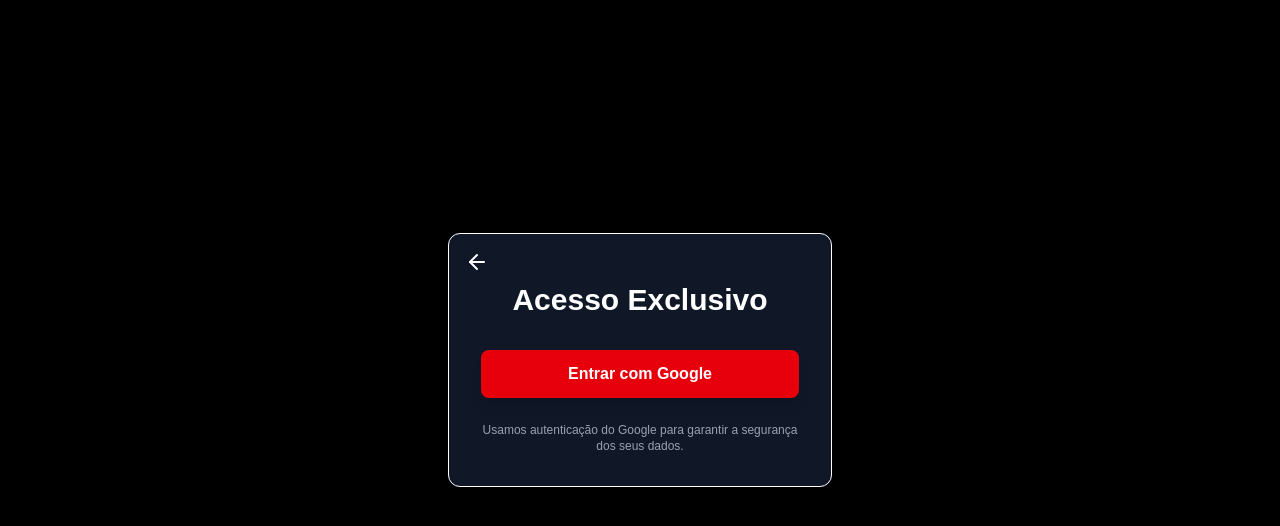
Repository: NunesJulia/faladireito-ai
Page: /login
These files come from the project's save history. The page is drawn as it stood at one moment and after the next save; the edit follows.
The browser window is 1280 px wide. The pictures show the whole page.
The project was rebuilt for these pictures with package versions that can differ from the ones it lists, and the page was loaded fresh each time. The framework's server and built-in components were replaced by stand-ins that run in the browser. Also part of the build but not shown: next.config.ts.

Above is the page before, as saved 2025-12-08 19:24:03.

### app/layout.tsx
// app/layout.tsx
import type { Metadata } from "next";
import { Geist, Geist_Mono } from "next/font/google";
import "./globals.css";
import { Providers } from "./providers";

const geistSans = Geist({
  variable: "--font-geist-sans",
  subsets: ["latin"],
});

const geistMono = Geist_Mono({
  variable: "--font-geist-mono",
  subsets: ["latin"],
});

export const metadata: Metadata = {
  title: "Create Next App",
  description: "Generated by create next app",
};

export default function RootLayout({
  children,
}: {
  children: React.ReactNode;
}) {
  return (
    <html lang="en">
      <body
        className={`${geistSans.variable} ${geistMono.variable} antialiased`}
      >
        <Providers>{children}</Providers>
      </body>
    </html>
  );
}

### app/login/page.tsx
// app/login/page.tsx
import { Suspense } from "react";
import LoginPage from "./login_component";


export default function Page() {
  return (
    <Suspense>
      <LoginPage />
    </Suspense>
  );
}

### app/providers.tsx
// app/providers.tsx
"use client";

import { SessionProvider } from "next-auth/react";

export function Providers({ children }: { children: React.ReactNode }) {
  return <SessionProvider>{children}</SessionProvider>;
}

### app/login/login_component.tsx
// app/login/login_component.tsx
"use client";

import { Loader2, ArrowLeft } from "lucide-react"; // Adicionado ArrowLeft
import { useState, useEffect } from "react";
import { signIn } from "next-auth/react";
import { useSearchParams, useRouter } from "next/navigation"; // Adicionado useRouter

export default function LoginPage() {
  const [isLoading, setIsLoading] = useState(false);
  const searchParams = useSearchParams();
  const router = useRouter(); // Inicializando o router
  const errorParam = searchParams.get("error");

  const [error, setError] = useState<string | null>(null);

  useEffect(() => {
    if (errorParam === "OAuthAccountNotLinked") {
      setError("Este e-mail está vinculado a outro método de login.");
    } else if (errorParam) {
      setError("Falha ao fazer login. Tente novamente.");
    }
  }, [errorParam]);

  const handleLogin = async () => {
    setIsLoading(true);
    await signIn("google", { callbackUrl: "/prompt" });
  };

  const handleGoBack = () => {
    router.push("/");
  };

  return (
    // Fundo da tela preto
    <div className="flex bg-black flex-col items-center justify-center min-h-[50vh] h-screen p-6">
      {/* Caixa de Login com fundo escuro e borda branca */}
      <div className="relative w-full max-w-sm bg-gray-900 p-8 rounded-xl shadow-2xl border border-white">

        {/* Botão de Voltar para Home */}
        <button
          onClick={handleGoBack}
          className="absolute top-4 left-4 text-white hover:text-gray-400 transition duration-150"
          aria-label="Voltar para a página inicial"
        >
          <ArrowLeft className="w-6 h-6" />
        </button>

        <h2 className="text-3xl font-bold text-center text-white mt-4 mb-8">
          Acesso Exclusivo
        </h2>

        {error && (
          <p className="text-sm text-red-400 bg-red-900/50 p-3 rounded-lg mb-4 text-center border border-red-700">
            {error}
          </p>
        )}

        <button
          onClick={handleLogin}
          disabled={isLoading}
          className={`w-full cursor-pointer py-3 px-4 rounded-lg font-semibold transition duration-300 flex items-center justify-center
            ${isLoading
                ? "bg-gray-600 text-gray-400 cursor-not-allowed"
                : "bg-red-600 hover:bg-red-700 text-white shadow-lg"
            }`}
        >
          {isLoading ? (
            <>
              <Loader2 className="w-5 h-5 mr-2 animate-spin" />
              Redirecionando...
            </>
          ) : (
            <>Entrar com Google</>
          )}
        </button>

        <p className="mt-6 text-xs text-gray-400 text-center">
          Usamos autenticação do Google para garantir a segurança dos seus dados.
        </p>
      </div>
    </div>
  );
}

Loaded but not shown: app/globals.css (common file)

After the next save:
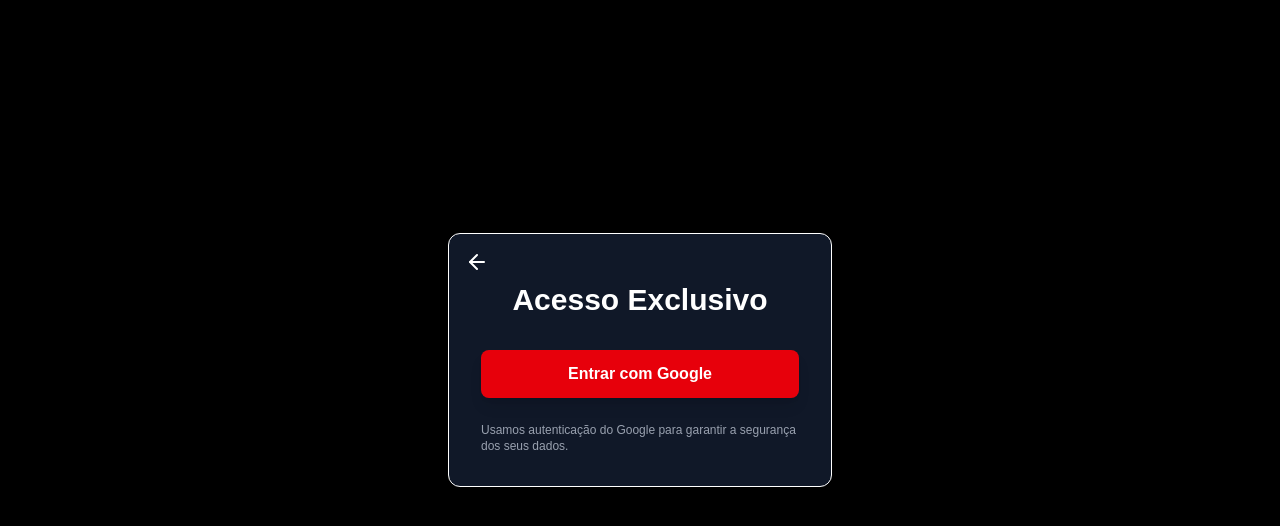
Saved 51 s later.
--- a/app/login/login_component.tsx
+++ b/app/login/login_component.tsx
@@ -75,7 +75,7 @@
           )}
         </button>
 
-        <p className="mt-6 text-xs text-gray-400 text-center">
+        <p className="mt-6 text-xs text-gray-400 text-sm">
           Usamos autenticação do Google para garantir a segurança dos seus dados.
         </p>
       </div>

After the 2 saves that followed:
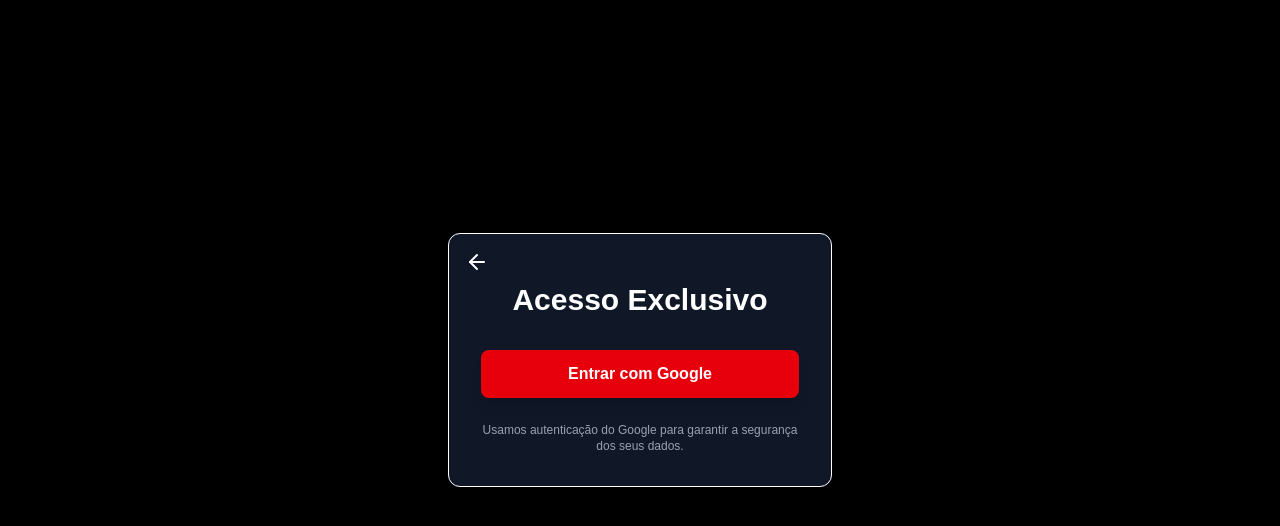
The 2 saves are shown as one change because they came seconds apart.
The last was saved 7 s later.
--- a/app/login/login_component.tsx
+++ b/app/login/login_component.tsx
@@ -75,7 +75,7 @@
           )}
         </button>
 
-        <p className="mt-6 text-xs text-gray-400 text-sm">
+        <p className="mt-6 text-xs text-gray-400 text-sm text-center">
           Usamos autenticação do Google para garantir a segurança dos seus dados.
         </p>
       </div>
